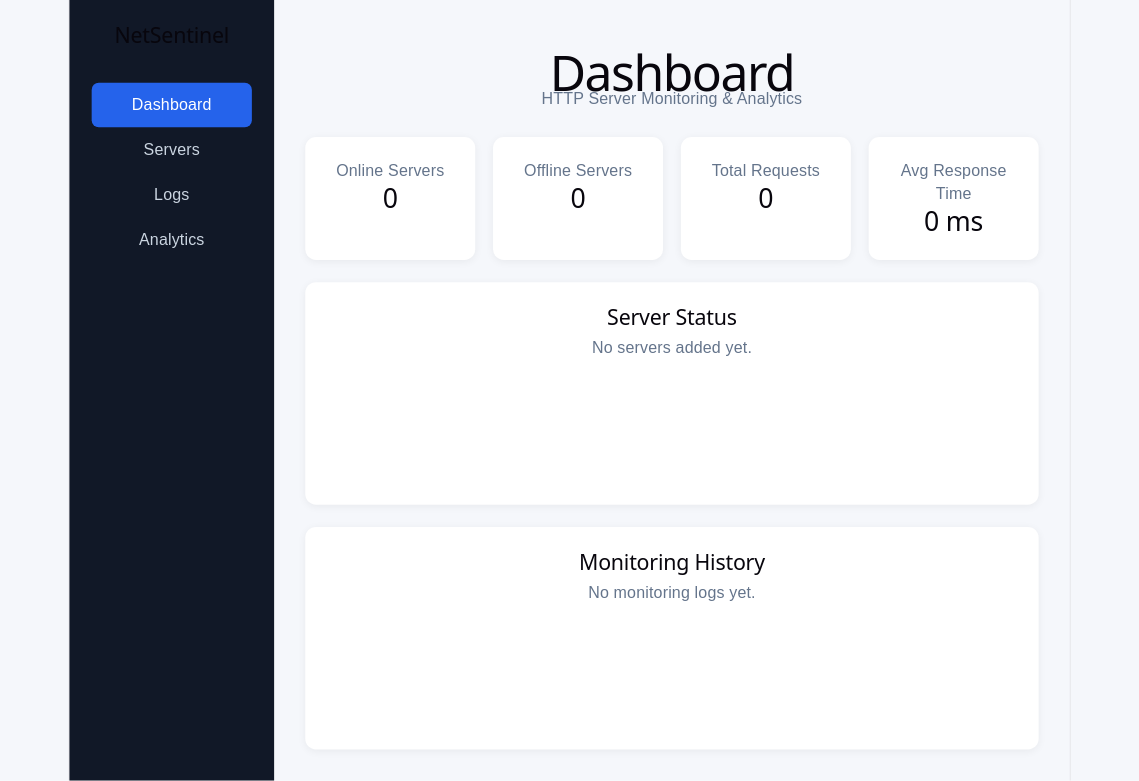
Repository: Aartigarg446/NetSentinel
Page: /
An editor plug-in stored every save of this project. The page is shown before and after the next save, followed by the edit.
The browser window is 1280 px wide. The pictures show the whole page, at 89% of full size.
The page's requests for data from a server got no answer. The project was rebuilt for these pictures with package versions that can differ from the ones it lists, and the page was loaded fresh each time. No one was signed in, and anything a server would have sent is missing. Also part of the build but not shown: vite.config.js.

Above is the page before, as saved 2026-09-21 00:04:29.

### index.html
<!doctype html>
<html lang="en">
  <head>
    <meta charset="UTF-8" />
    <link rel="icon" type="image/svg+xml" href="/favicon.svg" />
    <meta name="viewport" content="width=device-width, initial-scale=1.0" />
    <title>netsentinel</title>
  </head>
  <body>
    <div id="root"></div>
    <script type="module" src="/src/main.jsx"></script>
  </body>
</html>

### src/index.css
:root {
  --text: #6b6375;
  --text-h: #08060d;
  --bg: #fff;
  --border: #e5e4e7;
  --code-bg: #f4f3ec;
  --accent: #aa3bff;
  --accent-bg: rgba(170, 59, 255, 0.1);
  --accent-border: rgba(170, 59, 255, 0.5);
  --social-bg: rgba(244, 243, 236, 0.5);
  --shadow:
    rgba(0, 0, 0, 0.1) 0 10px 15px -3px, rgba(0, 0, 0, 0.05) 0 4px 6px -2px;

  --sans: system-ui, 'Segoe UI', Roboto, sans-serif;
  --heading: system-ui, 'Segoe UI', Roboto, sans-serif;
  --mono: ui-monospace, Consolas, monospace;

  font: 18px/145% var(--sans);
  letter-spacing: 0.18px;
  color-scheme: light dark;
  color: var(--text);
  background: var(--bg);
  font-synthesis: none;
  text-rendering: optimizeLegibility;
  -webkit-font-smoothing: antialiased;
  -moz-osx-font-smoothing: grayscale;

  @media (max-width: 1024px) {
    font-size: 16px;
  }
}

@media (prefers-color-scheme: dark) {
  :root {
    --text: #9ca3af;
    --text-h: #f3f4f6;
    --bg: #16171d;
    --border: #2e303a;
    --code-bg: #1f2028;
    --accent: #c084fc;
    --accent-bg: rgba(192, 132, 252, 0.15);
    --accent-border: rgba(192, 132, 252, 0.5);
    --social-bg: rgba(47, 48, 58, 0.5);
    --shadow:
      rgba(0, 0, 0, 0.4) 0 10px 15px -3px, rgba(0, 0, 0, 0.25) 0 4px 6px -2px;
  }

  #social .button-icon {
    filter: invert(1) brightness(2);
  }
}

body {
  margin: 0;
}

#root {
  width: 1126px;
  max-width: 100%;
  margin: 0 auto;
  text-align: center;
  border-inline: 1px solid var(--border);
  min-height: 100svh;
  display: flex;
  flex-direction: column;
  box-sizing: border-box;
}

h1,
h2 {
  font-family: var(--heading);
  font-weight: 500;
  color: var(--text-h);
}

h1 {
  font-size: 56px;
  letter-spacing: -1.68px;
  margin: 32px 0;
  @media (max-width: 1024px) {
    font-size: 36px;
    margin: 20px 0;
  }
}
h2 {
  font-size: 24px;
  line-height: 118%;
  letter-spacing: -0.24px;
  margin: 0 0 8px;
  @media (max-width: 1024px) {
    font-size: 20px;
  }
}
p {
  margin: 0;
}

code,
.counter {
  font-family: var(--mono);
  display: inline-flex;
  border-radius: 4px;
  color: var(--text-h);
}

code {
  font-size: 15px;
  line-height: 135%;
  padding: 4px 8px;
  background: var(--code-bg);
}

### src/App.jsx
import axios from "axios";
import { useEffect, useState } from "react";
import "./App.css";

function App() {
  const [servers, setServers] = useState([]);
 const [stats, setStats] = useState({});
  const [logs, setLogs] = useState([]);
  const [serverName, setServerName] = useState("");
const [serverUrl, setServerUrl] = useState("");

useEffect(() => {
  const fetchDashboardData = () => {
  axios.get("http://localhost:5000/api/servers")
    .then((response) => {
      setServers(response.data);
    })
    .catch((error) => {
      console.error("Failed to fetch servers:", error);
    });
    axios.get("http://localhost:5000/api/logs")
  .then((response) => {
    setLogs(response.data);
  })
  .catch((error) => {
    console.error("Failed to fetch logs:", error);
  });
  axios.get("http://localhost:5000/api/stats")
  .then((response) => {
    setStats(response.data);
  })
  .catch((error) => {
    console.error("Failed to fetch stats:", error);
  });
    };
    fetchDashboardData();

const interval = setInterval(fetchDashboardData, 30000);

return () => clearInterval(interval);
}, []);
  return (
    <div className="app">
      <aside className="sidebar">
        <h2>NetSentinel</h2>

        <nav>
          <p className="active">Dashboard</p>
          <p>Servers</p>
          <p>Logs</p>
          <p>Analytics</p>
        </nav>
      </aside>

      <main className="main">
        <header>
          <h1>Dashboard</h1>
          <p>HTTP Server Monitoring & Analytics</p>
        </header>

        <section className="cards">
          <div className="card">
            <span>Online Servers</span>
            <h2>{stats.onlineServers || 0}</h2>
          </div>

          <div className="card">
            <span>Offline Servers</span>
            <h2>{stats.offlineServers || 0}</h2>
          </div>

          <div className="card">
            <span>Total Requests</span>
            <h2>{stats.totalRequests || 0}</h2>
          </div>

          <div className="card">
            <span>Avg Response Time</span>
            <h2>{stats.avgResponseTime || 0} ms</h2>
          </div>
        </section>

        <section className="panel">
  <h2>Server Status</h2>

  {servers.length === 0 ? (
    <p>No servers added yet.</p>
  ) : (
    servers.map((server) => (
      <div key={server.id}>
        <h3>{server.name}</h3>
        <p>{server.url}</p>
      </div>
    ))
  )}
</section>
<section className="panel">
  <h2>Monitoring History</h2>

  {logs.length === 0 ? (
    <p>No monitoring logs yet.</p>
  ) : (
    logs.map((log) => (
      <div key={log.id}>
        <h3>{log.name}</h3>
        <p>Status: {log.status}</p>
        <p>HTTP Status: {log.status_code}</p>
        <p>Response Time: {log.response_time} ms</p>
      </div>
    ))
  )}
</section>
      </main>
    </div>
  );
}

export default App;

### src/App.css
* {
  box-sizing: border-box;
}

body {
  margin: 0;
  font-family: Arial, sans-serif;
  background: #f5f7fb;
}

.app {
  display: flex;
  min-height: 100vh;
}

.sidebar {
  width: 230px;
  background: #111827;
  color: white;
  padding: 25px;
}

.sidebar h2 {
  margin-bottom: 40px;
}

.sidebar p {
  padding: 12px;
  border-radius: 8px;
  color: #cbd5e1;
}

.sidebar .active {
  background: #2563eb;
  color: white;
}

.main {
  flex: 1;
  padding: 35px;
}

header h1 {
  margin-bottom: 5px;
}

header p {
  color: #64748b;
}

.cards {
  display: grid;
  grid-template-columns: repeat(4, 1fr);
  gap: 20px;
  margin-top: 30px;
}

.card,
.panel {
  background: white;
  padding: 25px;
  border-radius: 12px;
  box-shadow: 0 2px 10px rgba(0, 0, 0, 0.06);
}

.card span {
  color: #64748b;
}

.card h2 {
  font-size: 30px;
  margin-bottom: 0;
}

.panel {
  margin-top: 25px;
  min-height: 250px;
}

.panel p {
  color: #64748b;
}

Loaded but not shown: src/main.jsx (common file)

After the next save:
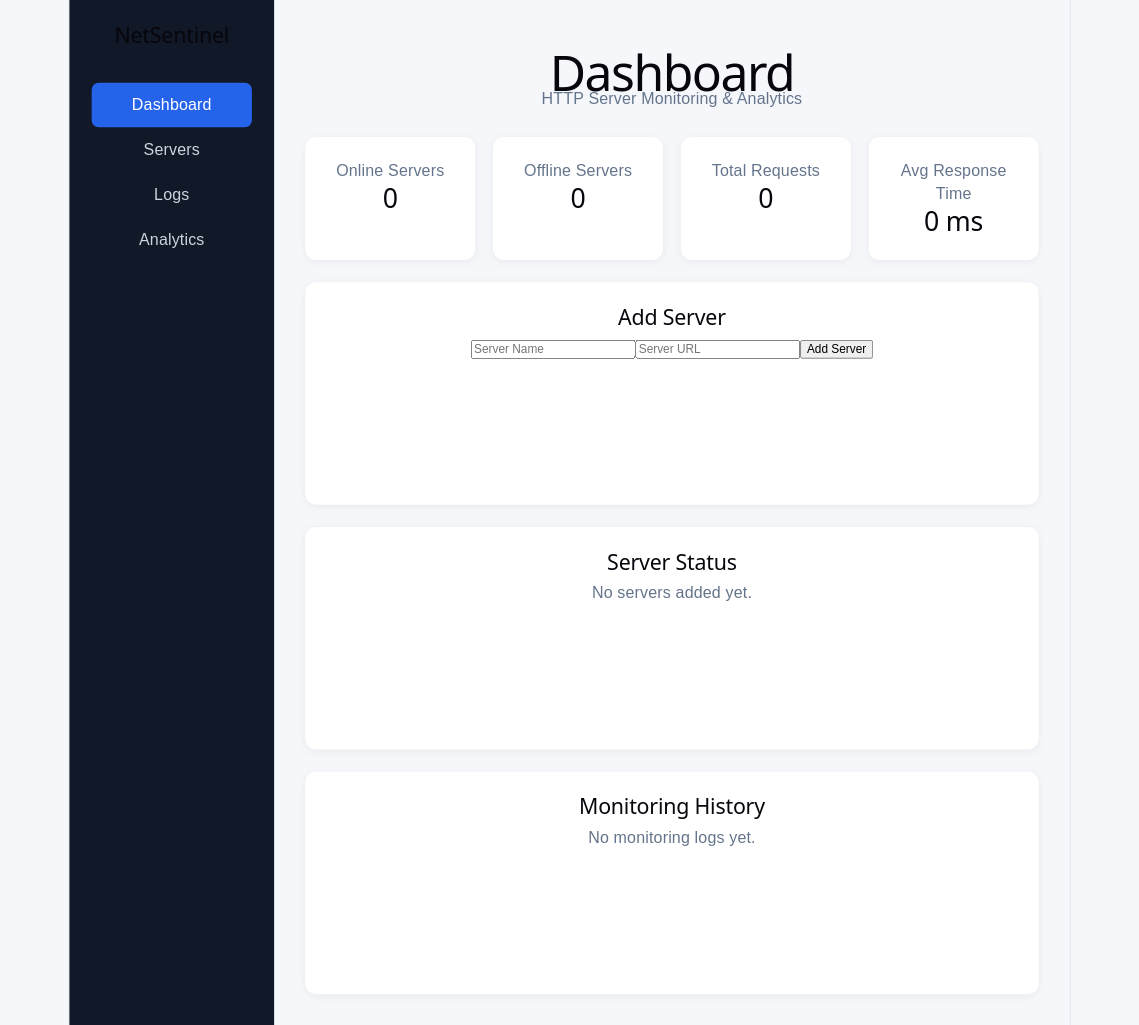
Saved 11 h 41 min later.
--- a/src/App.jsx
+++ b/src/App.jsx
@@ -79,6 +79,25 @@ return () => clearInterval(interval);
             <h2>{stats.avgResponseTime || 0} ms</h2>
           </div>
         </section>
+        <section className="panel">
+  <h2>Add Server</h2>
+
+  <input
+    type="text"
+    placeholder="Server Name"
+    value={serverName}
+    onChange={(e) => setServerName(e.target.value)}
+  />
+
+  <input
+    type="text"
+    placeholder="Server URL"
+    value={serverUrl}
+    onChange={(e) => setServerUrl(e.target.value)}
+  />
+
+  <button>Add Server</button>
+</section>
 
         <section className="panel">
   <h2>Server Status</h2>
